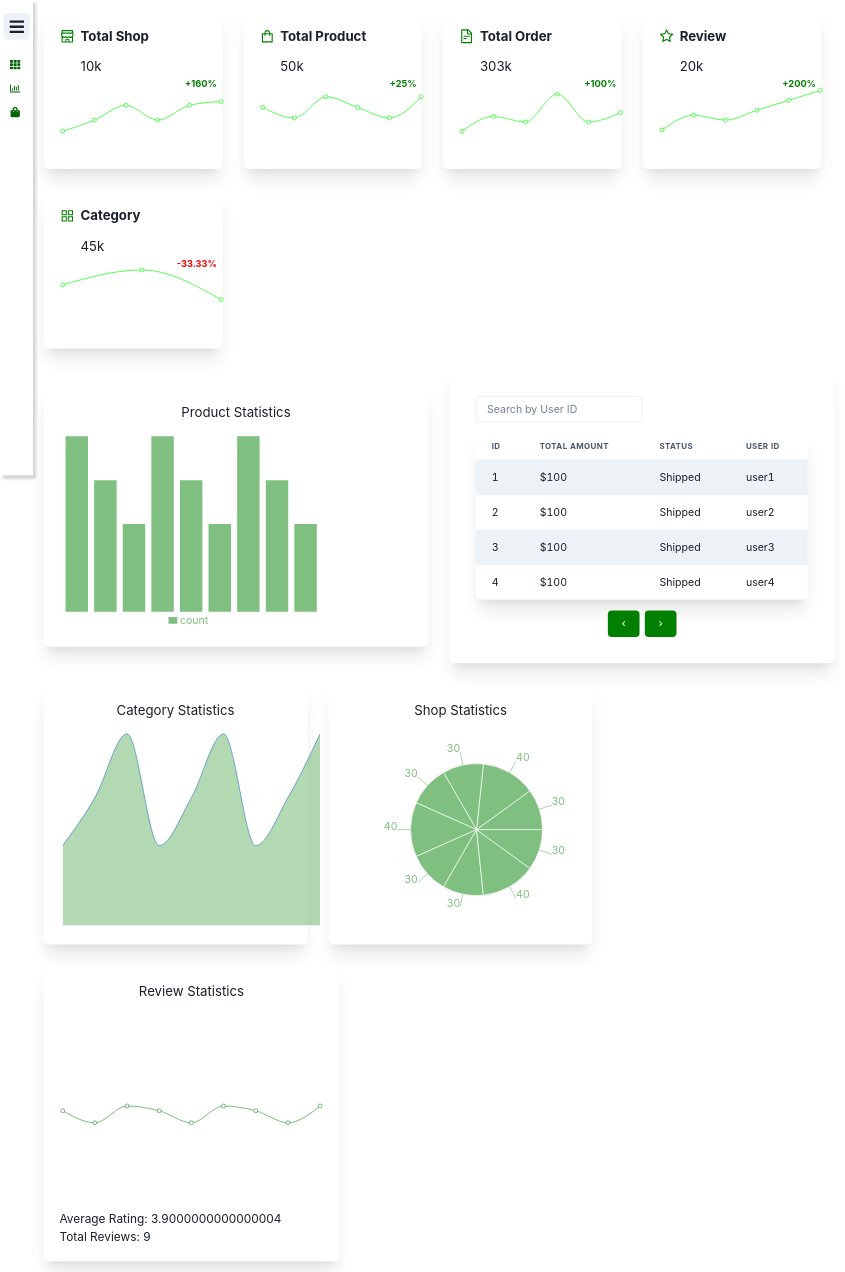
Repository: Andarg01/chakra-dashboard
Page: /
These files come from the project's save history. The page is drawn as it stood at one moment and after the next save; the edit follows.
The browser window is 1280 px wide. The pictures show the whole page, at 66% of full size.
The project was rebuilt for these pictures with package versions that can differ from the ones it lists, and the page was loaded fresh each time. Also part of the build but not shown: src/components/ProductModal.tsx, src/components/ProductTable.tsx, src/pages/ProductList.tsx, src/components/RecentSalesTable.tsx, src/components/PopularProductsPage.tsx, src/pages/Analytics.tsx.

Above is the page before, as saved 2024-03-18 00:45:38.

After the next save:
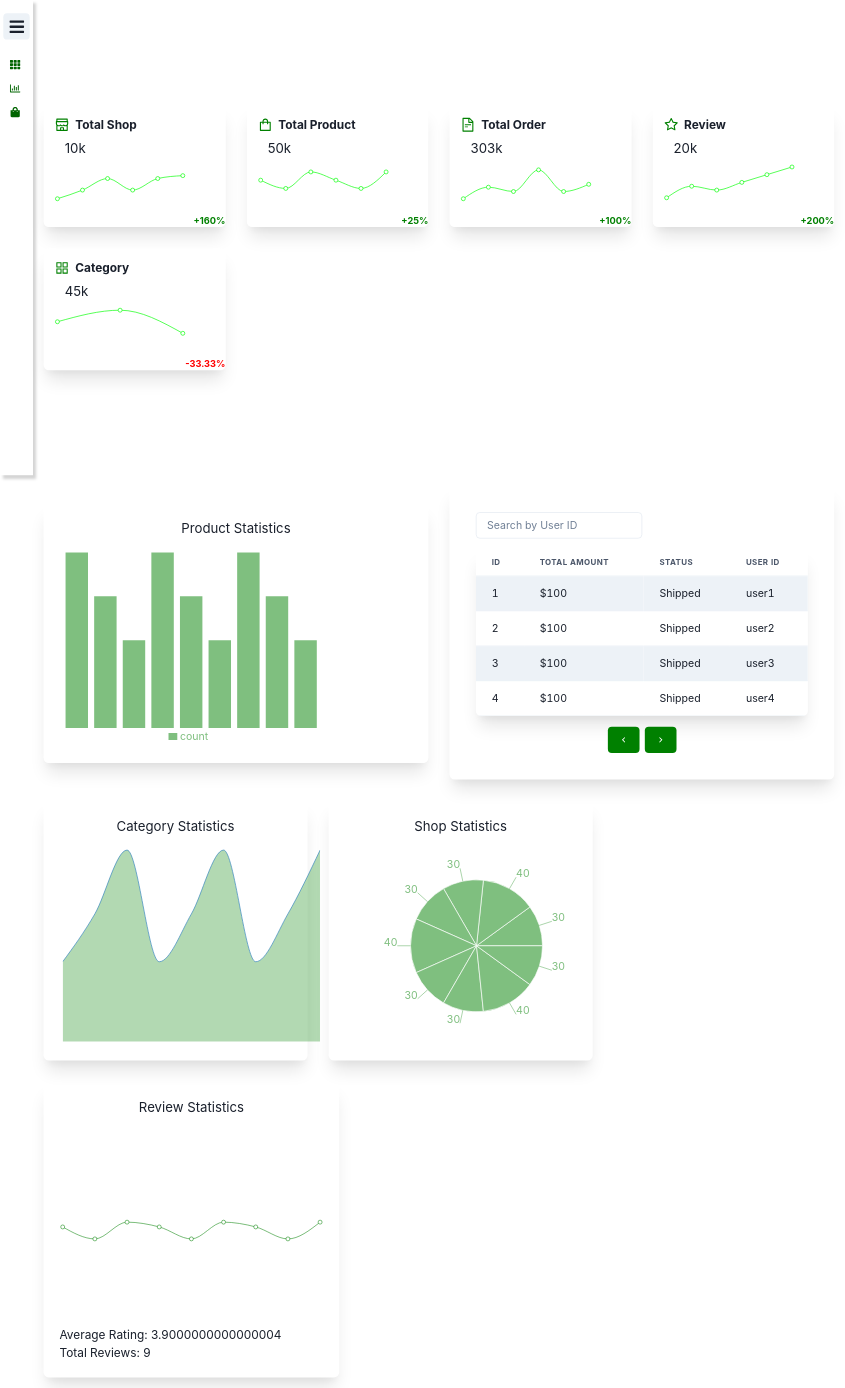
Saved 7 min 27 s later.
--- a/src/components/AnalyticalCard.tsx
+++ b/src/components/AnalyticalCard.tsx
@@ -141,27 +141,27 @@ const AnalyticsCard: React.FC<AnalyticsCardProps> = ({ title, value, data, icon
   return (
     <Box
       bgColor={cardBgColor}
-      p={6}
+      p={4}
       borderRadius="lg"
       boxShadow="xl"
-      width={{ base: "100%", sm: "45%", md: "30%", lg: "22%" }} // Responsive width
-      height={{ base: "auto", sm: "200px", md: "220px", lg: "240px" }} // Responsive height
+      width={{ base: "100%", sm: "calc(50% - 2rem)", md: "calc(33.33% - 2rem)", lg: "calc(25% - 2rem)" }} // Responsive width
+      height="auto" // Set height to auto to minimize the height
       display="flex"
       flexDirection="column"
-      margin="4"
+      margin="1rem" // Reduce margin to fit more cards inline
       position="relative" // Add position relative for absolute positioning of percentage
     >
-      <Flex align="center" mb={4}>
-        {React.cloneElement(icon, { color: 'green' })} {/* Set icon color to green */}
-        <Text fontSize="xl" fontWeight="bold" ml={2}>
+      <Flex align="center" mb={2}>
+        {React.cloneElement(icon, { color: 'green', size: '1.5rem' })} {/* Set icon color and size */}
+        <Text fontSize="lg" fontWeight="bold" ml={2}>
           {title}
         </Text>
       </Flex>
-      <Text fontSize="xl" fontWeight="normal" mb={4} pl={8}>
+      <Text fontSize="xl" fontWeight="normal" mb={2} pl={4}>
         {value}k
       </Text>
       <Flex flex="1" direction="column" justify="flex-end">
-        <LineChart width={250} height={100} data={data}>
+        <LineChart width={200} height={80} data={data}> {/* Adjust width and height of chart */}
           <Line
             type="monotone"
             dataKey="value"
@@ -173,8 +173,8 @@ const AnalyticsCard: React.FC<AnalyticsCardProps> = ({ title, value, data, icon
       </Flex>
       <Box
         position="absolute"
-        top="100px"
-        right="8px"
+        bottom="0"
+        right="0"
         fontSize="sm"
         fontWeight="bold"
         color={isIncreasing ? 'green' : 'red'}
@@ -235,13 +235,13 @@ const FullAnalyticsPage: React.FC = () => {
   ];
 
   return (
-    <Flex justify="center" align="center" height="100%">
+    <Flex justify="center" align="center" minHeight="100vh">
       <Flex direction="row" align="center" flexWrap="wrap">
-        <AnalyticsCard title="Total Shop" value={10} data={shopData} icon={<AiOutlineShop size={24} />} />
-        <AnalyticsCard title="Total Product" value={50} data={productData} icon={<AiOutlineShopping size={24} />} />
-        <AnalyticsCard title="Total Order" value={303} data={orderData} icon={<AiOutlineFileText size={24} />} />
-        <AnalyticsCard title="Review" value={20} data={reviewData} icon={<AiOutlineStar size={24} />} />
-        <AnalyticsCard title="Category" value={45} data={categoryData} icon={<AiOutlineAppstore size={24} />} />
+        <AnalyticsCard title="Total Shop" value={10} data={shopData} icon={<AiOutlineShop />} />
+        <AnalyticsCard title="Total Product" value={50} data={productData} icon={<AiOutlineShopping />} />
+        <AnalyticsCard title="Total Order" value={303} data={orderData} icon={<AiOutlineFileText />} />
+        <AnalyticsCard title="Review" value={20} data={reviewData} icon={<AiOutlineStar />} />
+        <AnalyticsCard title="Category" value={45} data={categoryData} icon={<AiOutlineAppstore />} />
       </Flex>
     </Flex>
   );
